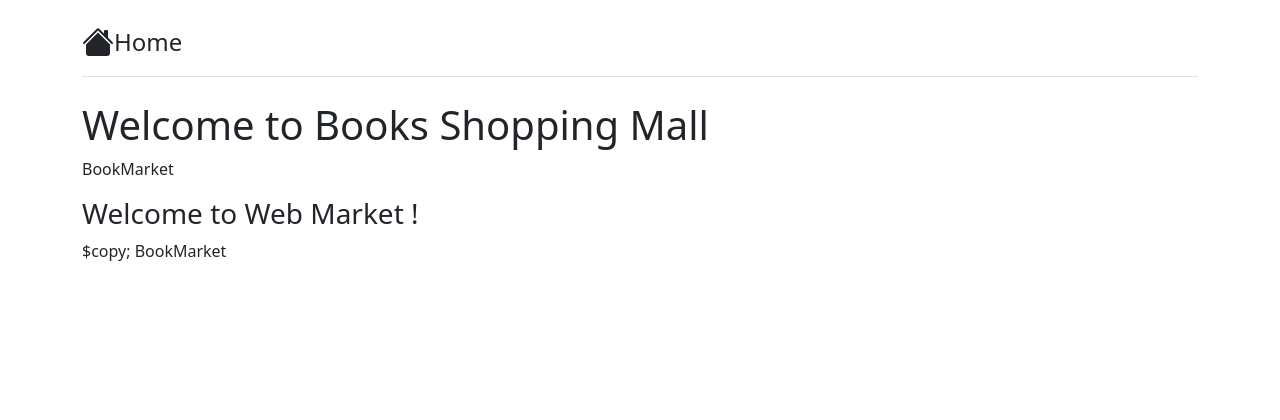
Repository: man332414/myJspStudy
Page: http://localhost/bookmarket/
These files come from the project's save history. The page is drawn as it stood at one moment and after the next save; the edit follows.
The browser window is 1280 px wide. The pictures show the whole page.
The page is served by Tomcat 10.

Above is the page before, as saved 2024-10-08 02:35:44.

After the next save:
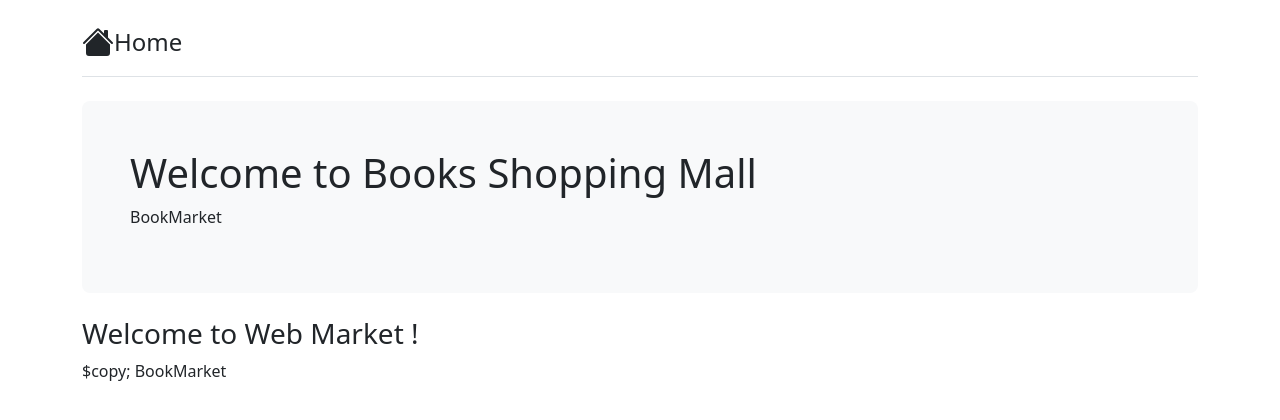
Saved 56 s later.
--- a/bookmarket/src/main/webapp/welcome.jsp
+++ b/bookmarket/src/main/webapp/welcome.jsp
@@ -22,7 +22,7 @@
 			String greeting = "Welcome to Books Shopping Mall";
 			String tagline = "Welcome to Web Market !";
 		%>
-		<div>
+		<div class = "p-5 mb-4 bg-body-tertiary rounded-3">
 			<div>
 				<h1><%=greeting %></h1>
 				<p>BookMarket</p>
